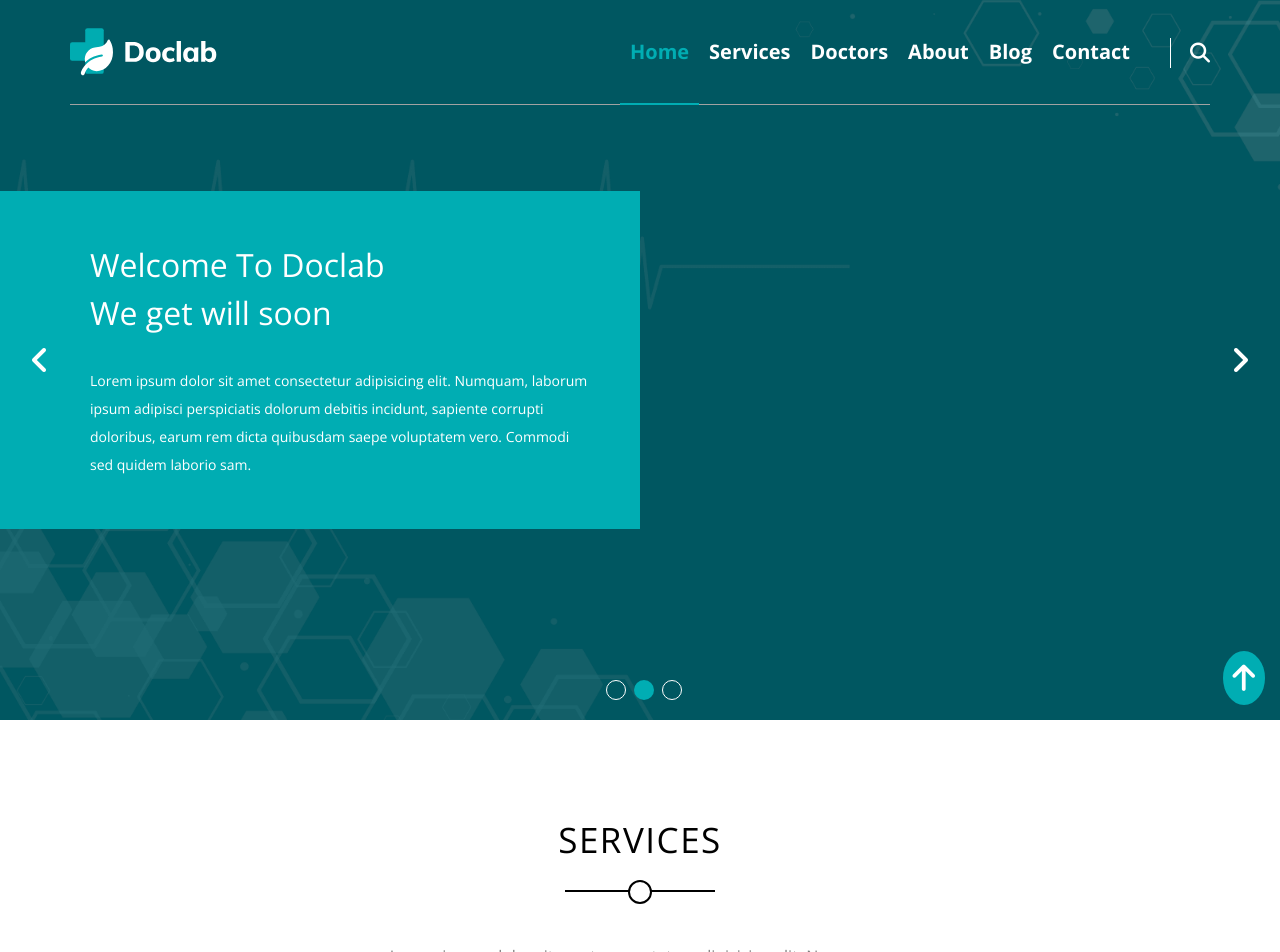
Repository: Ahmed123rezk123/Clinic
Page: index.html
An editor plug-in stored every save of this project. The page is shown before and after the next save, followed by the edit.
The browser window is 1280 px wide. The pictures show the part of the page from y = 0 to 952 px (the page is 9134 px tall).
A picture or video elsewhere on the page could not be fetched, so the positions and the page height are approximate. Some web fonts or font styles are not loaded; a fallback is used.

Above is the page before, as saved 2024-04-17 20:44:42.

After the next save:
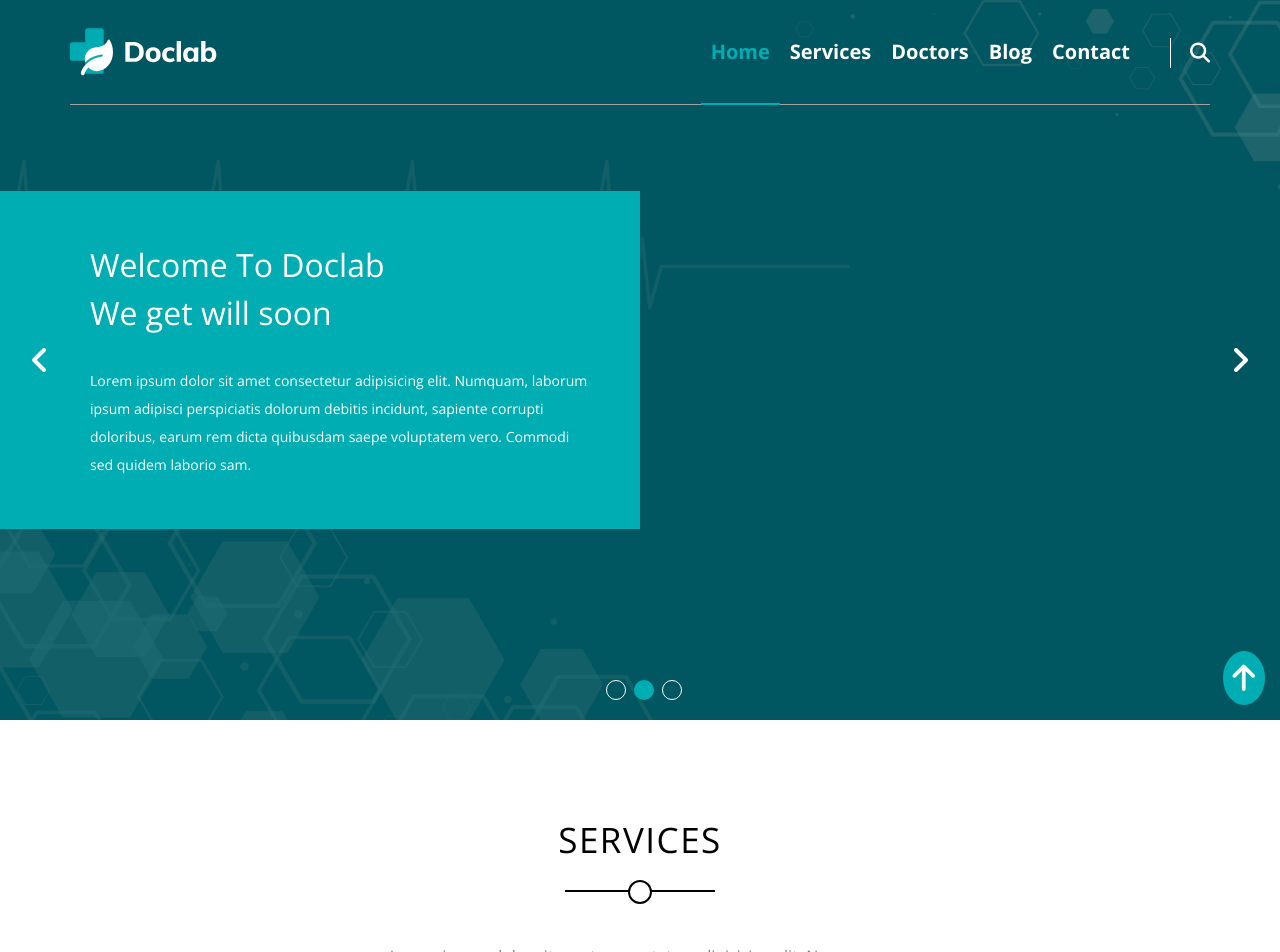
Saved 13 s later.
--- a/index.html
+++ b/index.html
@@ -32,7 +32,6 @@
             <li><a href="#" class="active">Home</a></li>
             <li><a href="#">Services</a></li>
             <li><a href="#">Doctors</a></li>
-            <li><a href="#">About</a></li>
             <li><a href="#">Blog</a></li>
             <li><a href="#">Contact</a></li>
           </ul>
